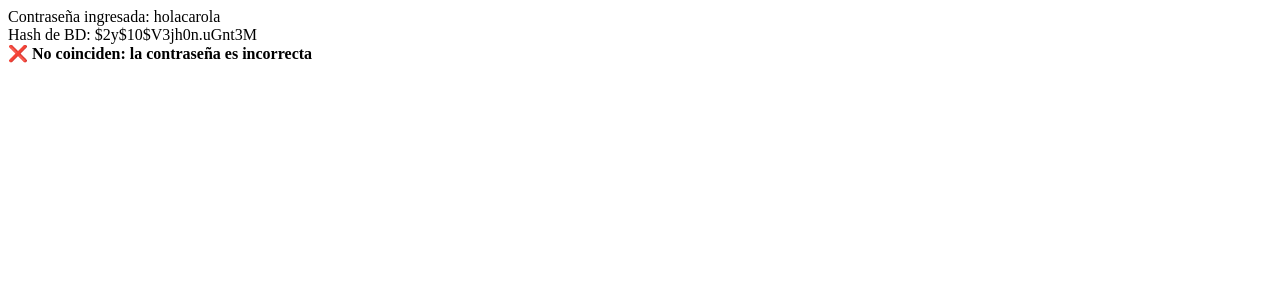
Repository: pilarfolgar/PROYECTO-2025
Page: http://localhost/P/probar_hash.php
An editor plug-in stored every save of this project. The page is shown before and after the next save, followed by the edit.
The browser window is 1280 px wide. The pictures show the whole page.
The page is run by PHP 8.4 with error messages shown; the project is at /var/www/html/.

Above is the page before, as saved 2025-10-13 11:27:23.

After the next save:
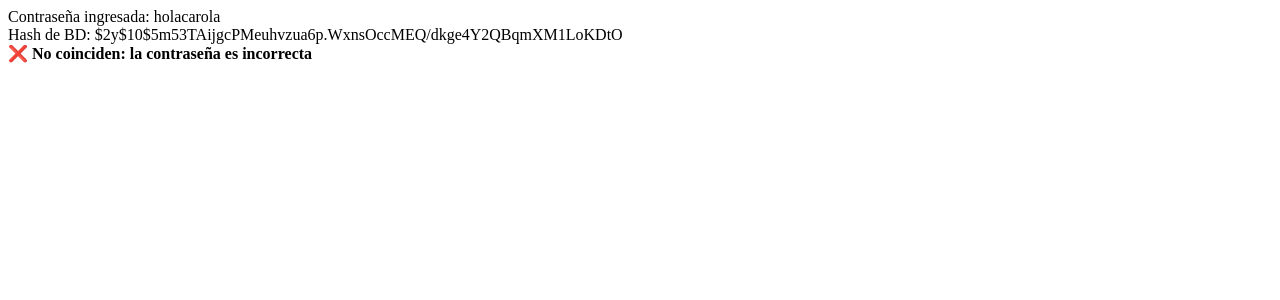
Saved 85 s later.
--- a/probar_hash.php
+++ b/probar_hash.php
@@ -3,7 +3,7 @@
 $pass_ingresada = 'holacarola';
 
 // Pega aquí el hash de la base de datos (completo, tal cual)
-$hash_bd = '$2y$10$V3jh0n.uGnt3M
+$hash_bd = '$2y$10$5m53TAijgcPMeuhvzua6p.WxnsOccMEQ/dkge4Y2QBqmXM1LoKDtO
 ';
 
 echo "Contraseña ingresada: $pass_ingresada<br>";
